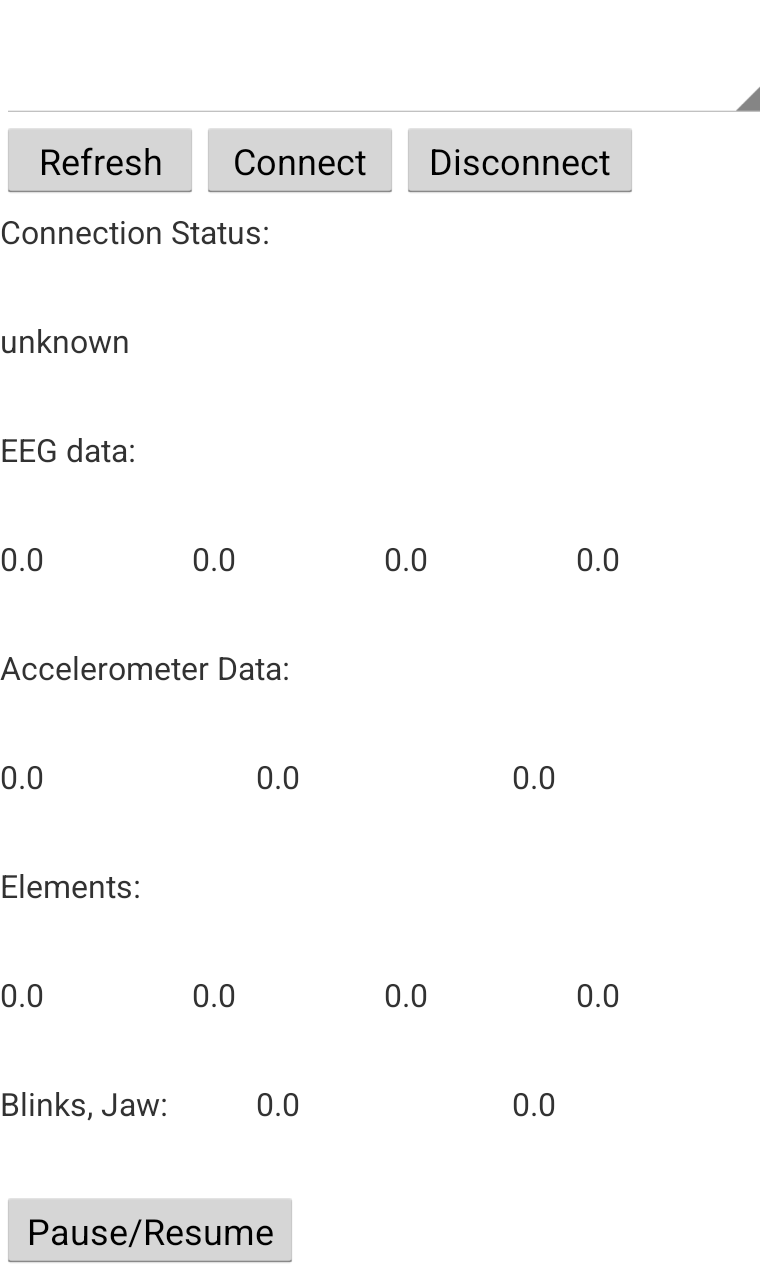
Repository: anshu92/496Project
Layout: TestLibMuse/res/layout/activity_main.xml
The author's editor kept a copy of each file at every save. The layout is drawn from the files as they stood at one save, then again after the next save.
It is drawn on a 768 x 1280 px phone screen (xhdpi) without system bars, with theme AppTheme; the app's code is not run.

Above is the layout before, as saved 2015-10-02 04:36:14.

After the next save:
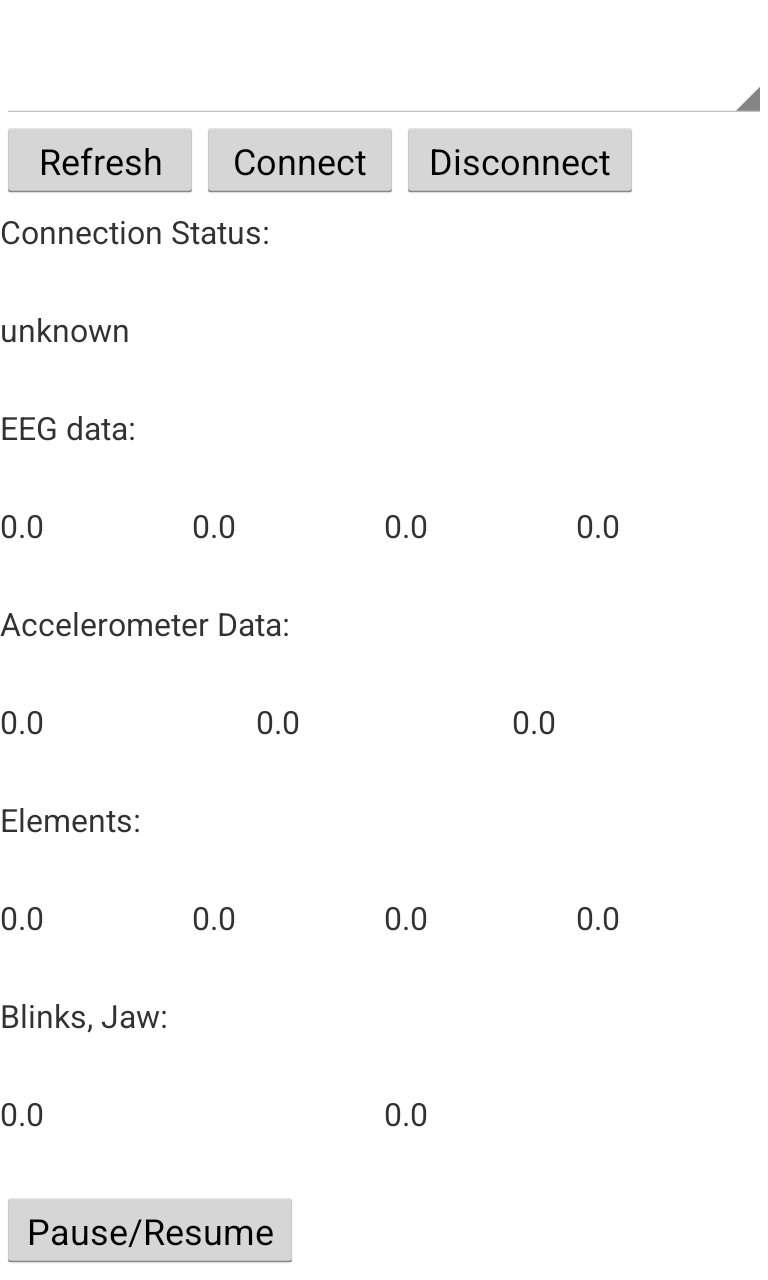
Saved 17 h 8 min later.
--- a/TestLibMuse/res/layout/activity_main.xml
+++ b/TestLibMuse/res/layout/activity_main.xml
@@ -153,17 +153,18 @@
 		        android:textSize="16sp"
 		        android:text="@string/init_val" />
 	    </LinearLayout>
+	    <TextView
+	   		android:layout_width="match_parent"
+	    	android:layout_height="match_parent"
+	    	android:layout_weight="1"
+	    	android:textSize="16sp"
+	    	android:text="@string/artifacts" />
    	    <LinearLayout
    	        android:layout_width="match_parent"
         	android:layout_height="match_parent"
         	android:layout_weight="1"
         	android:orientation="horizontal" >
-   	    <TextView
-	   		android:layout_width="match_parent"
-	    	android:layout_height="match_parent"
-	    	android:layout_weight="1"
-	    	android:textSize="16sp"
-	    	android:text="@string/artifacts" />
+
 
    	    <TextView
    	        android:id="@+id/blink"
